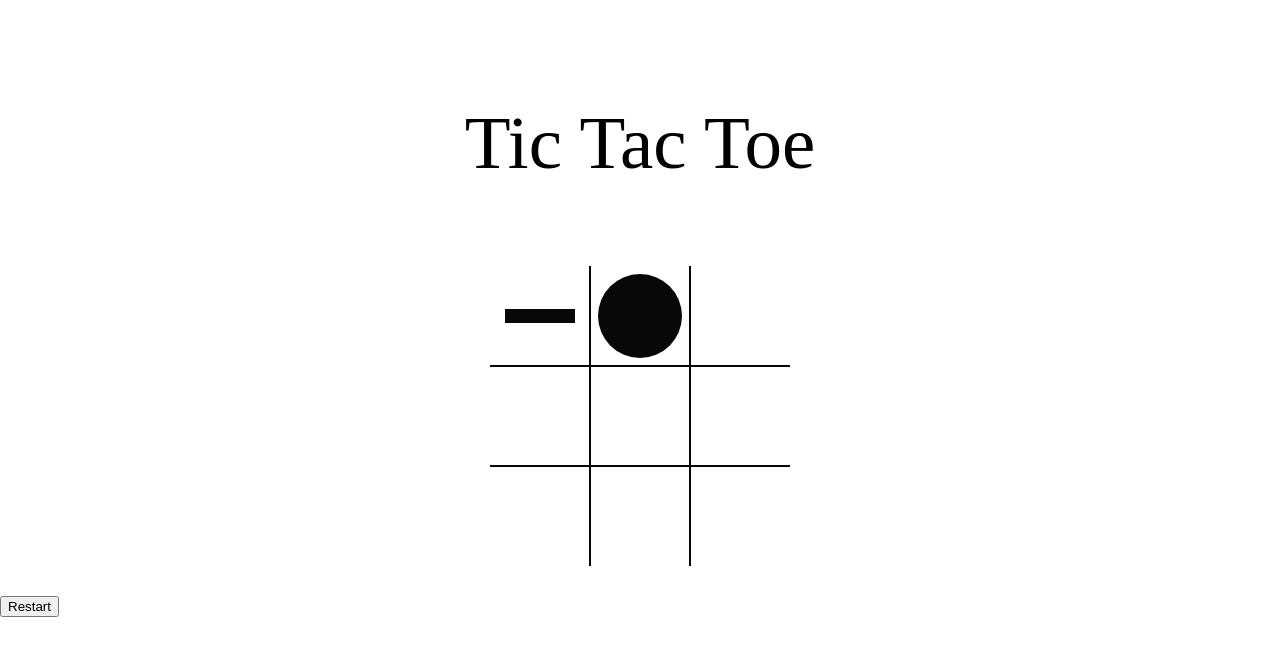
Repository: kkyler24/MCLA
Page: devFiles/TictactoeFiles/ticTacToe.html
The author's editor kept a copy of each file at every save. The page is drawn from the files as they stood at one save, then again after the next save.
The browser window is 1280 px wide. The pictures show the whole page.
The pointer rests on the first visible `.cellBOne`.

Above is the page before, as saved 2020-04-17 15:33:36.

After the next save:
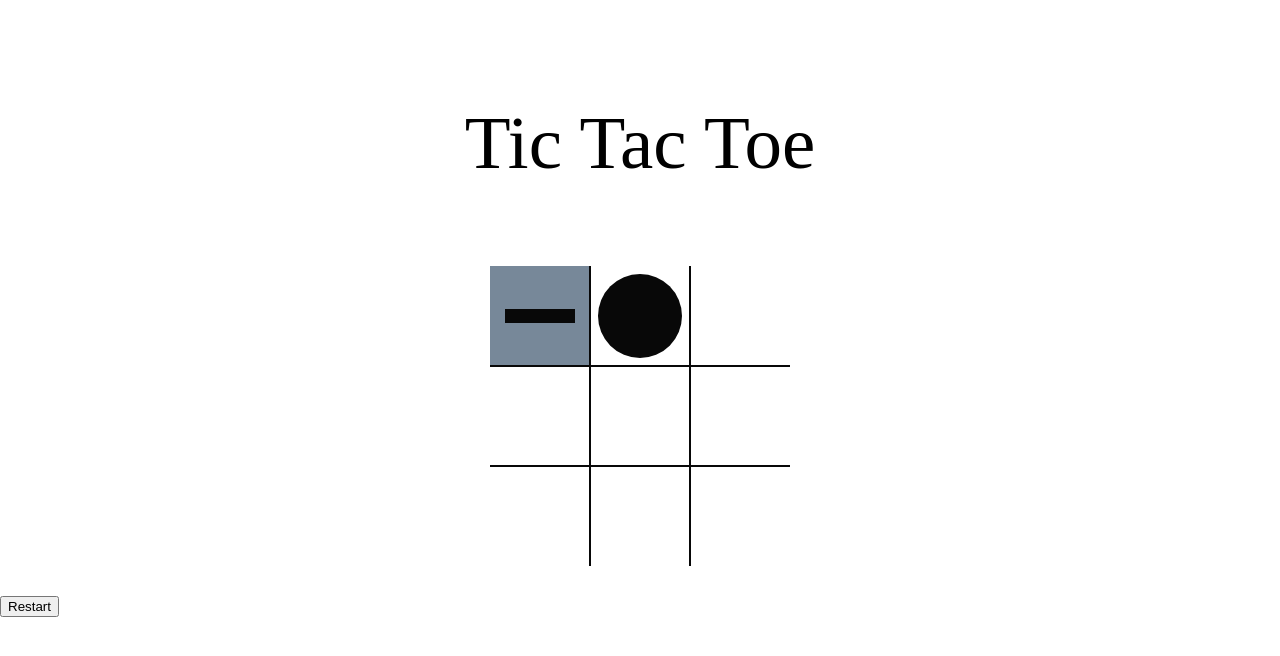
Saved 3 min 13 s later.
--- a/devFiles/TictactoeFiles/tictactoe.css
+++ b/devFiles/TictactoeFiles/tictactoe.css
@@ -38,6 +38,7 @@ body{
     align-items: center;
     position: relative;
     cursor: pointer;
+
 }
 .cellBOne:first-child,
 .cellBOne:nth-child(2),
@@ -87,3 +88,7 @@ body{
 .cellBOne.dash{
     cursor: not-allowed;
 }
+
+.cellBOne:hover{
+    background-color: lightslategray;
+}
